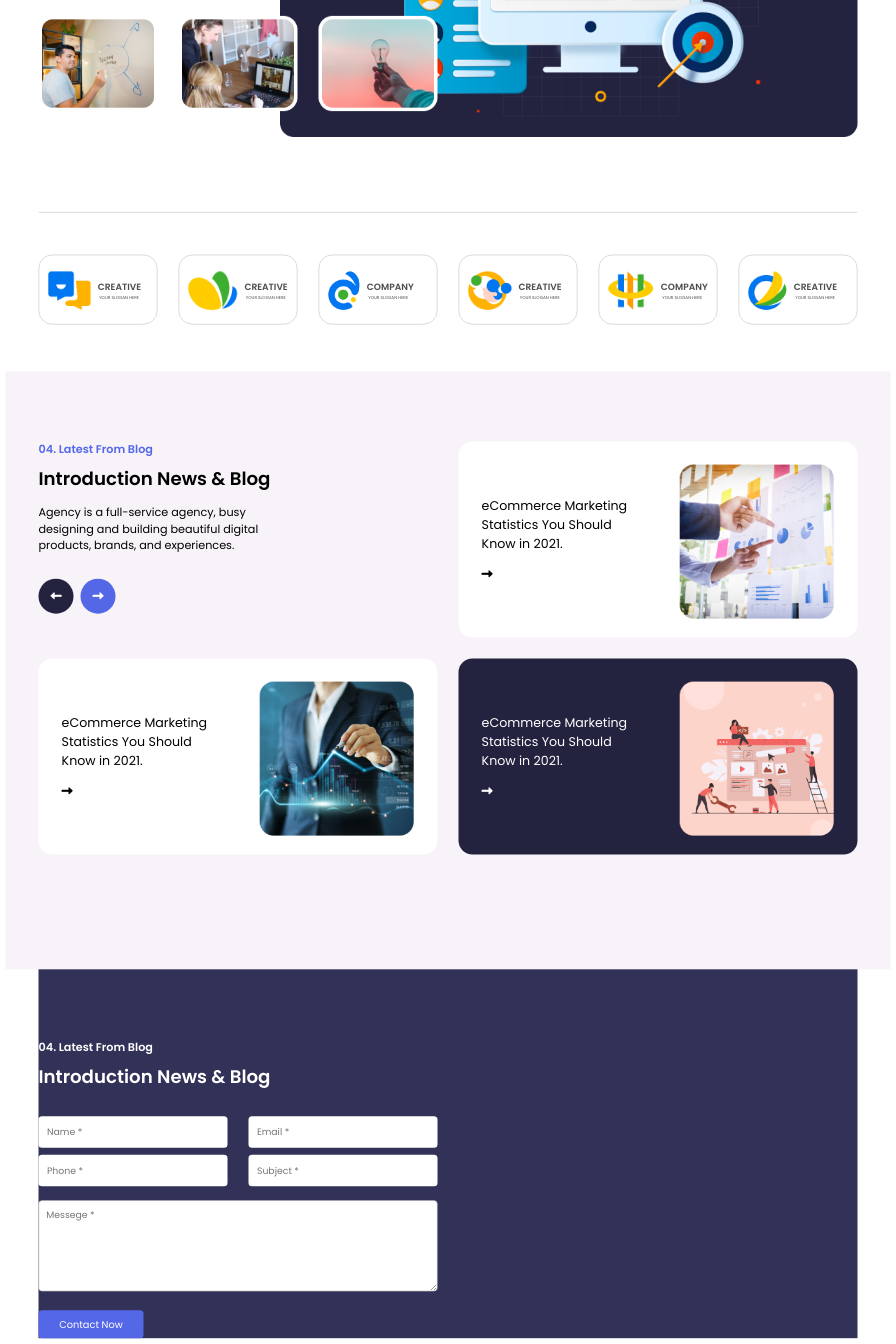
Repository: tranchi0120/LangdingPage-Htmlcss-Ago
Page: index.html
The author's editor kept a copy of each file at every save. The page is drawn from the files as they stood at one save, then again after the next save.
The browser window is 1280 px wide. The pictures show the part of the page from y = 2964 to 4884 px (the page is 4884 px tall), at 70% of full size.
Some web libraries are served in a nearby version. The style sheet was rebuilt from its Sass, Less or Tailwind sources for each picture, by a compiler version that may differ from the author's.

Above is the page before, as saved 2022-07-15 10:33:51.

After the next save:
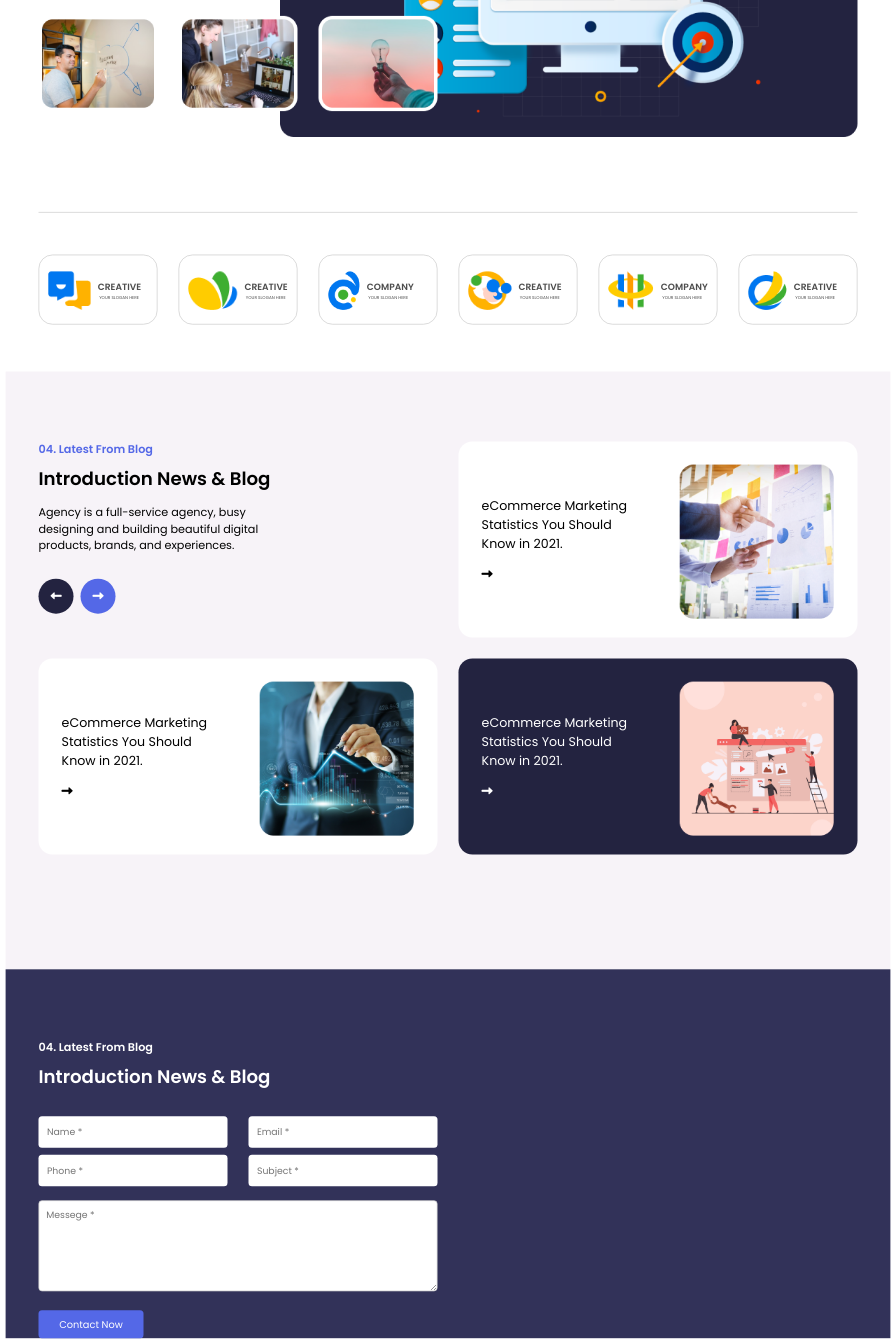
Saved 21 s later.
--- a/sass/_contact.scss
+++ b/sass/_contact.scss
@@ -1,15 +1,6 @@
 .contact {
-    // &-main {
-    //     display: flex;
-    //     gap: 23px;
-    // }
-    // &-background {
-    //     width: 1123px;
-    //     margin-left: -400px;
-    //     margin-top: -80px;
-    // }
+    background: #323259;
     &-main {
-        background: #323259;
         padding-top: 100px;
         margin: 0 auto;
     }
